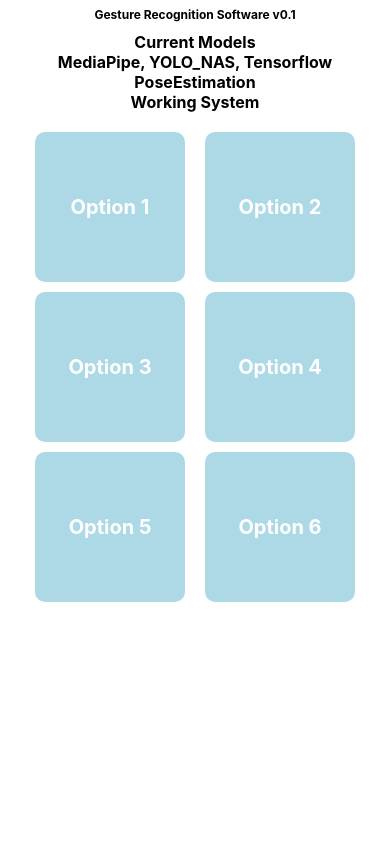
Repository: hajin-park/V-QUIP
Page: / (app in frontend/react-native-app/)
An editor plug-in stored every save of this project. The page is shown before and after the next save, followed by the edit.
The browser window is 390 px wide. The pictures show the whole page.
The app was drawn by React Native's web renderer in a window 390 px wide. The project was rebuilt for these pictures with package versions that can differ from the ones it lists, and the page was loaded fresh each time.

Above is the page before, as saved 2024-03-29 13:12:08.

### frontend/react-native-app/App.js
import { StatusBar } from 'expo-status-bar';
import { StyleSheet, Text, View, TouchableOpacity } from 'react-native';

export default function App() {
  const handleOptionClick = (option) => {
    // Handle click event for the selected option
    console.log(`Option ${option} clicked`);
  };

  return (
    <View style={styles.container}>
      <Text style={styles.title}>Gesture Recognition Software v0.1</Text>
      <View style={styles.infoBox}>
        <Text style={styles.infoText}>Current Models</Text>
        <Text style={styles.infoText}>MediaPipe, YOLO_NAS, Tensorflow</Text>
        <Text style={styles.infoText}></Text>
        <Text style={styles.infoText}>PoseEstimation</Text>
        <Text style={styles.infoText}>Working System</Text>
      </View>
      <View style={styles.content}>
        <View style={styles.row}>
          <TouchableOpacity style={styles.box} onPress={() => handleOptionClick(1)}>
            <Text style={styles.text}>Option 1</Text>
          </TouchableOpacity>
          <TouchableOpacity style={styles.box} onPress={() => handleOptionClick(2)}>
            <Text style={styles.text}>Option 2</Text>
          </TouchableOpacity>
        </View>
        <View style={styles.row}>
          <TouchableOpacity style={styles.box} onPress={() => handleOptionClick(3)}>
            <Text style={styles.text}>Option 3</Text>
          </TouchableOpacity>
          <TouchableOpacity style={styles.box} onPress={() => handleOptionClick(4)}>
            <Text style={styles.text}>Option 4</Text>
          </TouchableOpacity>
        </View>
        <View style={styles.row}>
          <TouchableOpacity style={styles.box} onPress={() => handleOptionClick(3)}>
            <Text style={styles.text}>Option 5</Text>
          </TouchableOpacity>
          <TouchableOpacity style={styles.box} onPress={() => handleOptionClick(4)}>
            <Text style={styles.text}>Option 6</Text>
          </TouchableOpacity>
        </View>
      </View>
      <StatusBar style="auto" />
    </View>
  );
}

const styles = StyleSheet.create({
  container: {
    flex: 1,
    backgroundColor: '#fff',
  },
  title: {
    fontSize: 12,
    fontWeight: 'bold',
    marginTop: 7,
    marginBottom: 10,
    textAlign: 'center',
  },
  infoBox: {
    alignItems: 'center',
    marginBottom: 20,
  },
  infoText: {
    fontSize: 16,
    fontWeight: 'bold',
    color: '#000000',
  },
  content: {
    flex: 1,
    alignItems: 'center',
    //justifyContent: 'center',
  },
  row: {
    flexDirection: 'row',
    justifyContent: 'center',
    marginBottom: 10,
  },
  box: {
    width: 150,
    height: 150,
    backgroundColor: '#ADD8E6', // Light blue color
    borderRadius: 10, // Rounded edges
    alignItems: 'center',
    justifyContent: 'center',
    marginHorizontal: 10,
  },
  text: {
    fontSize: 20,
    fontWeight: 'bold',
    color: '#FFFFFF', // White text color
  },
});

After the next save:
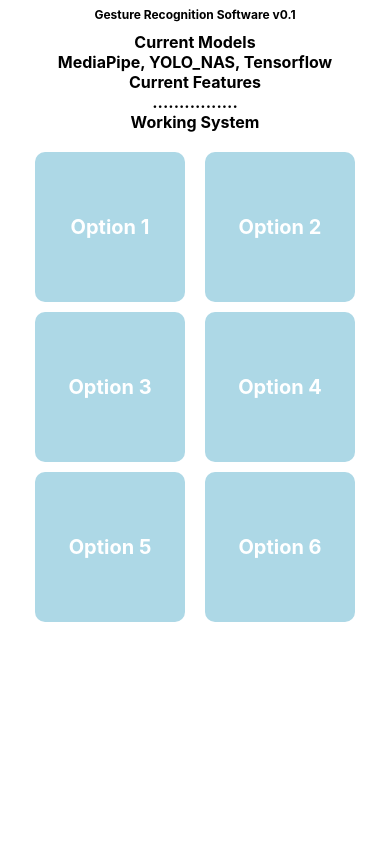
Saved 26 s later.
--- a/frontend/react-native-app/App.js
+++ b/frontend/react-native-app/App.js
@@ -13,8 +13,8 @@ export default function App() {
       <View style={styles.infoBox}>
         <Text style={styles.infoText}>Current Models</Text>
         <Text style={styles.infoText}>MediaPipe, YOLO_NAS, Tensorflow</Text>
-        <Text style={styles.infoText}></Text>
-        <Text style={styles.infoText}>PoseEstimation</Text>
+        <Text style={styles.infoText}>Current Features</Text>
+        <Text style={styles.infoText}>................</Text>
         <Text style={styles.infoText}>Working System</Text>
       </View>
       <View style={styles.content}>
